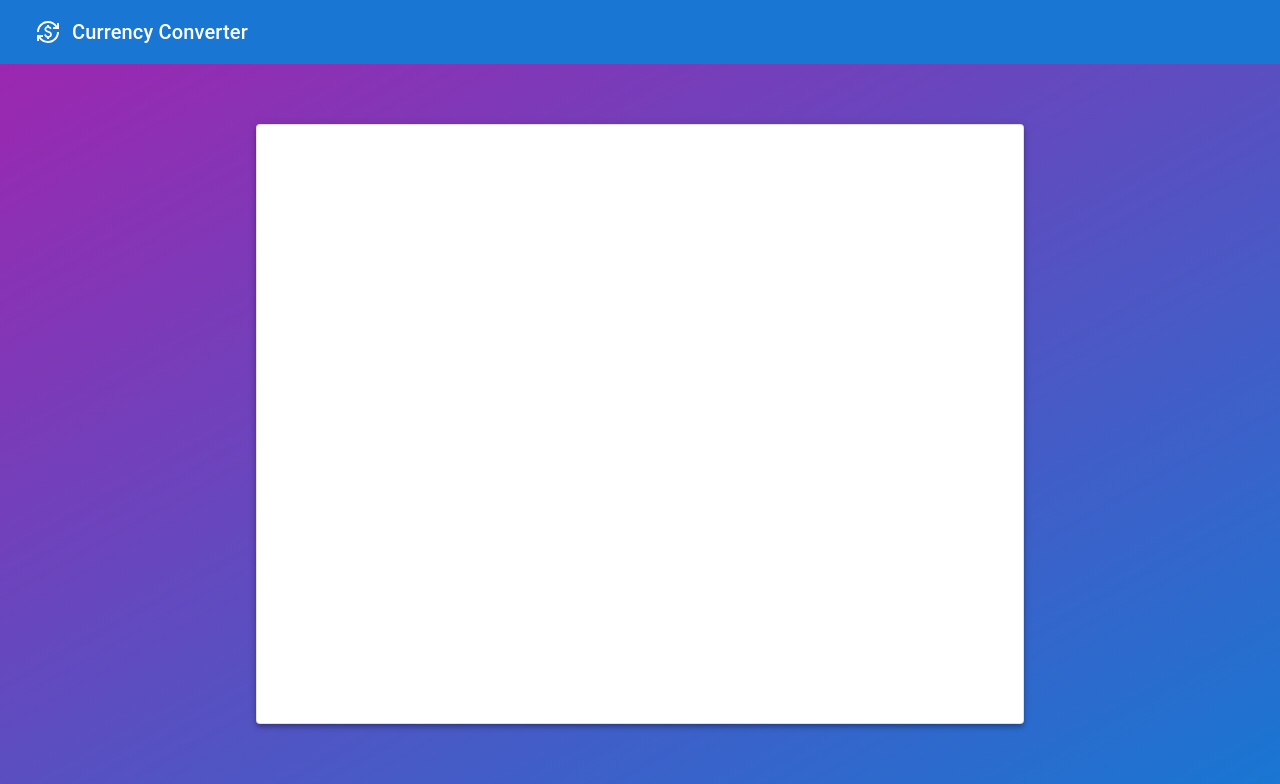
Repository: rutsguifd/currency-converter
Page: /
These files come from the project's save history. The page is drawn as it stood at one moment and after the next save; the edit follows.
The browser window is 1280 px wide. The pictures show the whole page.
The project was rebuilt for these pictures with package versions that can differ from the ones it lists, and the page was loaded fresh each time. Also part of the build but not shown: src/components/ErrorBoundary.jsx.

Above is the page before, as saved 2023-03-27 23:43:01.

After the next save:
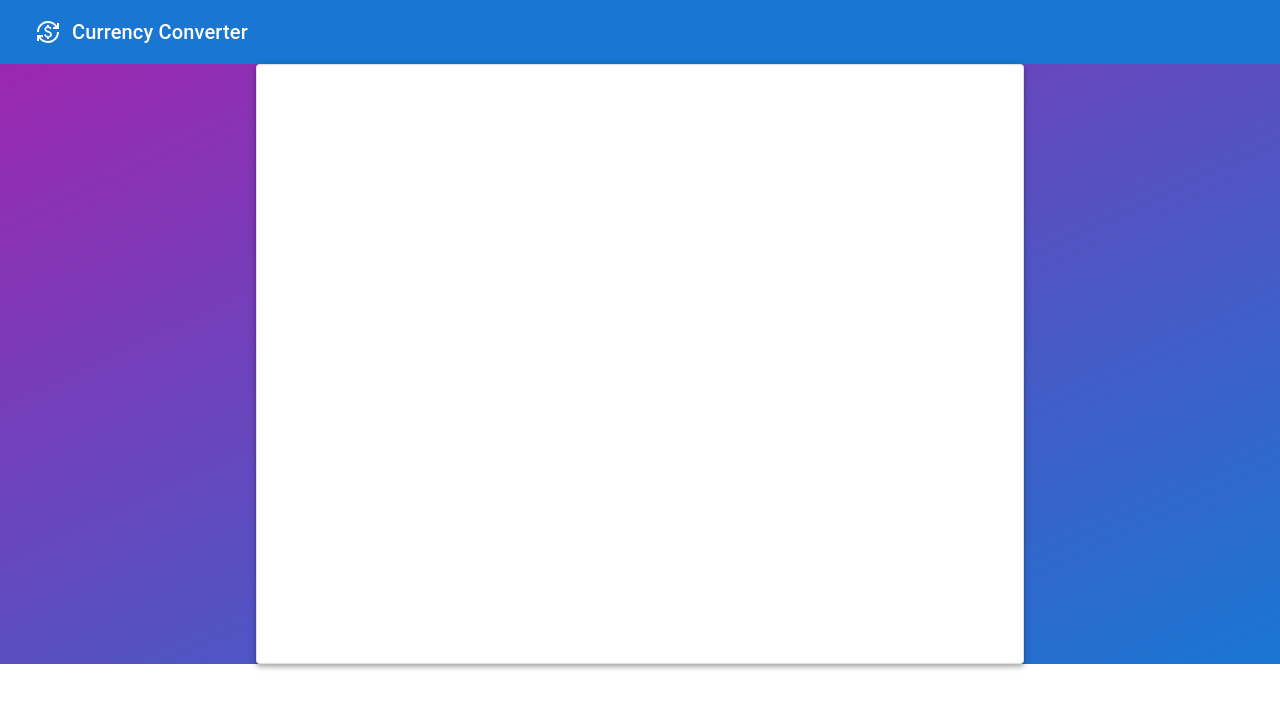
Saved 11 s later.
--- a/src/components/ConvertContainer.jsx
+++ b/src/components/ConvertContainer.jsx
@@ -13,7 +13,6 @@ const ConvertContainer = () => {
         display: "flex",
         justifyContent: "center",
         alignItems: "center",
-        minHeight: "100vh",
         background: `linear-gradient(to right bottom, ${theme.palette.secondary.main},  ${theme.palette.primary.main})`,
       }}
     >
